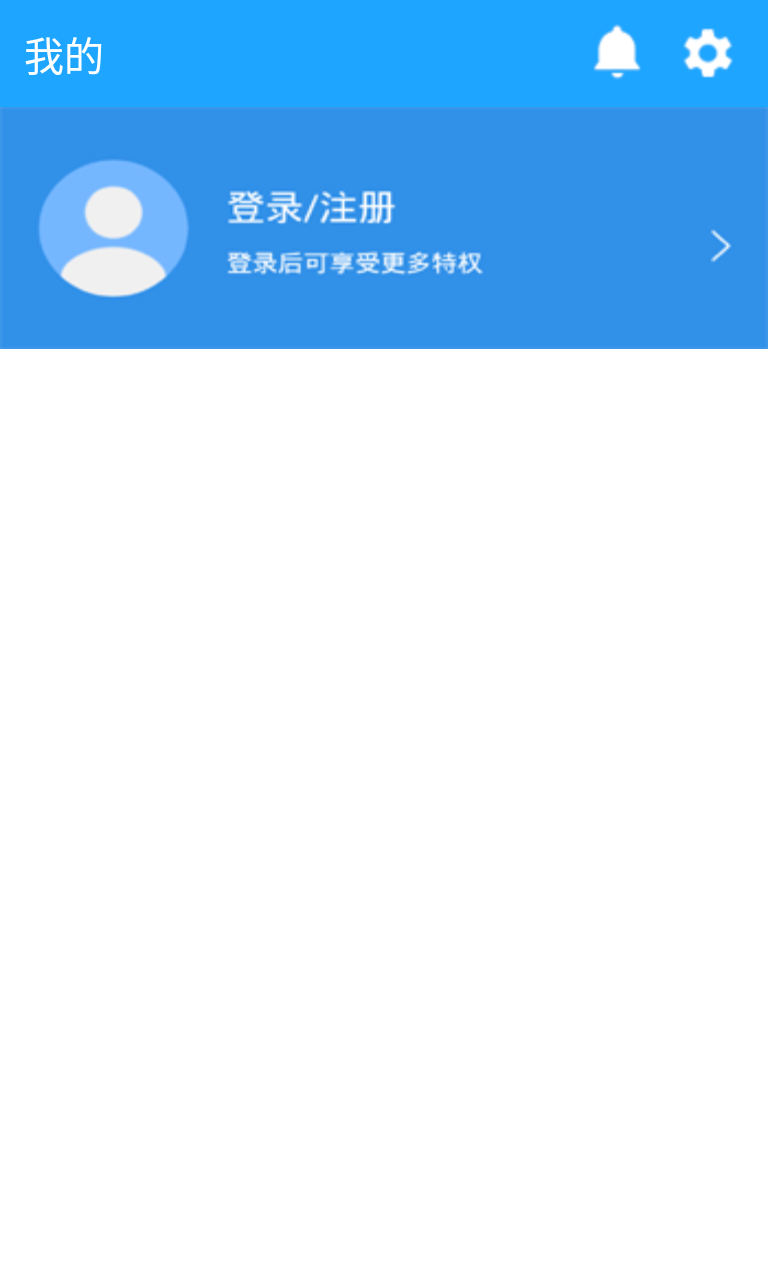
Repository: shi1hh/v
Layout: HungryTest/res/layout/fragment_wode.xml
The author's editor kept a copy of each file at every save. The layout is drawn from the files as they stood at one save, then again after the next save.
It is drawn on a 768 x 1280 px phone screen (xhdpi) without system bars, with theme android:Theme.Light.NoTitleBar; the app's code is not run.

Above is the layout before, as saved 2015-10-25 11:29:51.

### HungryTest/res/layout/fragment_wode.xml
<?xml version="1.0" encoding="utf-8"?>
<LinearLayout xmlns:android="http://schemas.android.com/apk/res/android"
    android:layout_width="match_parent"
    android:layout_height="match_parent"
    android:orientation="vertical" >


     <RelativeLayout
        android:layout_width="match_parent"
        android:layout_height="wrap_content"
        android:background="@color/blackground" >

        <TextView

            android:layout_width="wrap_content"
            android:layout_height="wrap_content"
            android:layout_alignParentLeft="true"
            android:layout_alignParentTop="true"
            android:layout_centerVertical="true"
          android:background="@color/blackground"
   style="@style/normal_text"
            android:gravity="center"
            android:text="@string/wode_title" />

        <Button
            android:id="@+id/button2"
            android:layout_width="wrap_content"
            android:layout_height="wrap_content"
            android:layout_centerVertical="true"
            android:layout_marginRight="15dp"
            android:layout_toLeftOf="@+id/button1"
            android:background="@drawable/wodetitle1" />

        <Button
            android:id="@+id/button1"
            android:layout_width="wrap_content"
            android:layout_height="wrap_content"
                        android:layout_centerVertical="true"
            android:layout_alignParentRight="true"

            android:layout_marginRight="15dp"
            android:background="@drawable/wodetitle2" />

    </RelativeLayout>

     <Button
         android:id="@+id/button3"
         android:layout_width="match_parent"
         android:layout_height="wrap_content"
         android:background="@drawable/wodeuserlogo"/>

</LinearLayout>

### HungryTest/res/values/color.xml
<?xml version="1.0" encoding="utf-8"?>
<resources>
    <color name="sum">#ffffff</color>
    <color name="balance">#00FF7F</color>
    <color name="balance_text">#ffffff</color>
    <color name="lvlft_select">#ffffff</color>
    <color name="lvlft_black">#CFCFCF</color>
    <color name="white">#ffffff</color>
    <color name="navigation_bg">#F6F6F6</color>
      <color name="blackground">#1EA5FF</color>
      <color name="text_gray">#CCCCCC</color>
      <color name="waimai_divider">#EEEEEC</color>
      <color name="normal_text">#ffffff</color>
      <color name="blackground2">#eceeee</color>
      <color name="login_button">#60C04D</color>
      <color name="divider">#EEEEEC</color>
      <color name="text_gray_2">#8F8F8F</color>
      <color name="blackground_cart_listview">#F2F2F2</color>
      <color name="black">#FFFAFA</color>
      <color name="text1">#EE2C2C</color>
      <color name="text2">#DAA520</color>
</resources>

### HungryTest/res/values/styles.xml
<resources xmlns:android="http://schemas.android.com/apk/res/android">

    <!--
        Base application theme, dependent on API level. This theme is replaced
        by AppBaseTheme from res/values-vXX/styles.xml on newer devices.





    -->
    <style name="CartActionbar" parent="@android:style/Theme.Holo.Light">

        <!--
            Theme customizations available in newer API levels can go in
            res/values-vXX/styles.xml, while customizations related to
            backward-compatibility can go here.


        -->
        <item name="android:actionBarStyle">@style/CartActionbarBlackground
</item>
<item name="android:actionBarTabTextStyle">@style/CartActionbarTabText</item>
<item name="android:actionBarTabStyle">@style/CartActionbarBackground</item>
<item name="android:textSize">20sp</item>
<item name="android:homeAsUpIndicator">@drawable/back</item>
    </style>

    <style name="CartActionbarBlackground" parent="@android:style/Widget.Holo.Light.ActionBar">
        <item name="android:background">@color/blackground</item>
           <item name="android:gravity">center_horizontal</item>
           <item name="android:titleTextStyle">@style/MyActionBarTitleText</item>

    </style>
        <style name="MyActionBarTitleText" parent="@android:style/TextAppearance.Holo.Widget.ActionBar.Title">
        <item name="android:textColor">#fff</item>
    </style>
    <style name="CartActionbarTabText" parent="@android:style/Widget.ActionBar.TabText">
        <item name="android:textColor">@drawable/selector_cart_tab</item>
        <item name="android:gravity">center_horizontal</item>
    </style>
  <style name="CartActionbarBackground" parent="@android:style/Widget.ActionBar.TabBar" >
      <item name="android:background">@drawable/selector_cart_tab_background</item>
      <item name="android:gravity">center_horizontal</item>
      <item name="android:alignmentMode" >alignBounds</item>
  </style>


  <style name="Universal" parent="@android:style/Theme.Holo.Light">
        <item name="android:actionBarStyle">@style/CartActionbarBlackground
</item>
<item name="android:textSize">20sp</item>
<item name="android:homeAsUpIndicator">@drawable/back</item>
</style>







    <!-- Application theme. -->
    <style name="AppTheme" parent="AppBaseTheme">
        <!-- All customizations that are NOT specific to a particular API-level can go here. -->
    </style>




    <style name="text">
        <item name="android:textSize">10sp</item>
        <item name="android:gravity">center_horizontal</item>
    </style>

    <style name="waimai_tb_text">
        <item name="android:textSize">13sp</item>
        <item name="android:gravity">center_horizontal</item>
    </style>

    <style name="waimai_money_text">
        <item name="android:textColor">#FF3030</item>
        <item name="android:textSize">20sp</item>
    </style>

    <style name="back">
        <item name="android:textColor">#ffffff</item>
        <item name="android:textSize">30sp</item>
        <item name="android:text">←</item>
    </style>

    <!-- 外卖页面 -->
    <style name="waimai_store_name_textsize">
        <item name="android:textSize">20sp</item>
    </style>

    <style name="normal_text">
        <item name="android:textSize">20sp</item>
        <item name="android:textColor">#ffffff</item>
        <item name="android:padding">12dp</item>
    </style>
<!-- 登录页面 -->
    <style name="login_">
        <item name="android:textSize">20sp</item>
        <item name="android:textColor">#ffffff</item>
        <item name="android:padding">10dp</item>
        <item name="android:gravity">center</item>
        <item name="android:text">登录</item>
    </style>

    <style name="forget_psw">
        <item name="android:textColor">#1EA5FF
</item>
        <item name="android:text">忘记密码?</item>
    </style>

    <style name="login_message">
        <item name="android:textColor">#1EA5FF
</item>
        <item name="android:text">短信验证码登录</item>
    </style>
<!-- 发现页面 -->
    <style name="faxian_reward_btn">
        <item name="android:textColor">#ffffff</item>
        <item name="android:background">#FF4500</item>
        <item name="android:text">抽奖</item>
        <item name="android:padding">5dp</item>
    </style>

    <!-- 购物车 -->
   <style
       name="cart_menu_right_grouptext"
       ><item name="android:textColor">#777777</item>
<item name="android:textSize">15sp</item>
<item name="android:background">#F5F5F5</item>
<item name="android:padding">5dp</item></style>

   <style
       name="cart_menu_right_item_name"
       ><item name="android:textSize">20sp</item>
       <item name="android:textColor">#333333</item>
   </style>
   <style
       name="cart_menu_right_item_note"
       ><item name="android:textSize">12sp</item>
       <item name="android:textColor">#999999</item>
   </style>
   <style name="cart_menu_right_item_price">
       <item name="android:textColor">#FF3030</item>
       <item name="android:textSize">23sp</item>

   </style>
   <style
       name="cart_menu_right_item_count"
       ><item name="android:textColor">@color/blackground</item>
       <item name="android:textSize">20sp</item>
       <item name="android:layout_marginRight">5dp</item>
   </style>
   <style
       name="cart_menu_right_item_sells"
       ><item name="android:textColor">#999999</item>
   <item name="android:textSize">12sp</item>
   <item  name="android:layout_marginLeft">5dp</item></style>
   <style name="cart_menu_left_item_name" >
       <item
           name="android:textSize"
           >15sp</item>
       <item  name="android:textColor">#666666</item>
       <item name="android:layout_marginLeft">8dp</item>
   </style>
   <style name="cart_menu_car">
       <item name="android:height">50dp</item>
       <item name="android:background">#4E4E4E</item>
       <item name="android:alpha">0.8</item>
   </style>
   <!-- 出错页面 -->
   <style name="error_button">
       <item name="android:background"  >@color/blackground</item>
       <item name="android:textSize">20sp</item>
       <item name="android:text">重新加载</item>
       <item name="android:textColor">#ffffff</item>
       <item name="android:padding">5dp</item>
   </style>

   <!-- 商家页面 -->
   <style name="seller_name">
<item name="android:gravity">center</item>
       <item name="android:textSize">20sp</item>

   </style>
   <style name="seller_span_text">
       <item name="android:textColor">@color/text_gray_2</item>
       <item name="android:textSize">15sp</item>
       <item name="android:padding">20dp</item>
   </style>
   <style name="seller_announcement">
       <item name="android:textColor">#FF7256</item>
       <item name="android:text">商家公告</item>
       <item name="android:padding">12dp</item>
   </style>
   <style name="seller_introdu_text">
       <item name="android:text">商家简介</item>
       <item name="android:textColor">#9A9A9A</item>
       <item name="android:padding">12dp</item>
   </style>
   <style name="seller_introdu_content">
       <item name="android:textColor">#333333</item>
          <item name="android:padding">12dp</item>
          <item name="android:text">叫外卖，上饿了么！</item>
   </style>
   <style name="seller_detail"><item name="android:text">商家信息</item>
            <item name="android:textColor">#9A9A9A</item>
                   <item name="android:padding">12dp</item>
   </style>
   <style name="seller_detail_content"><item name="android:textColor">#333333</item>
              <item name="android:padding">12dp</item>
   </style>

   <!-- 评价页面 -->
   <style name="evaluate_service_text">
       <item name="android:textColor">#9A9A9A</item>
                <item name="android:padding">5dp</item>
                <item name="android:text">服务态度</item>
                <item name="android:textSize">13sp</item>
   </style>
   <style name="evaluate_goods_text">
         <item name="android:textColor">#9A9A9A</item>
                <item name="android:padding">5dp</item>
                <item name="android:text">菜品评分</item>
                                <item name="android:textSize">13sp</item>
                <item name="android:gravity">center</item>
   </style>
   <style name="evaluate_goods_score">
       <item name="android:textColor">#EE2C2C</item>
              <item name="android:padding">5dp</item>
                              <item name="android:textSize">13sp</item>
               <item name="android:text">分</item>
   </style>



</resources>

### HungryTest/res/values/strings.xml
<?xml version="1.0" encoding="utf-8"?>
<resources>

    <string name="app_name">HungryTest</string>
    <string name="hello_world">Hello world!</string>
    <string name="action_settings">Settings</string>
    <string name="navigation1">外卖</string>
 <string name="navigation2">订单</string>
  <string name="navigation3">发现</string>
   <string name="navigation4">我</string>
   <string name="waimai_tb1">便利店</string>
    <string name="waimai_tb2">品牌馆</string>
     <string name="waimai_tb3">水果</string>
      <string name="waimai_tb4">鲜花蛋糕</string>
       <string name="waimai_tb5">新店特惠</string>
        <string name="waimai_tb6">夜宵</string>
         <string name="waimai_tb7">预定早餐</string>
         <string name="dingdan_text1">订单</string>
         <string name="login_reg">注册</string>
         <string name="back">←</string>
         <string name="dingdan_dingdan">订单</string>
         <string name="dingdan_breakfast">早餐订单</string>
         <string name="login_psw_hint">登录密码</string>
         <string name="login_user_hint">手机/邮箱/用户名</string>
         <string name="login_login">登录</string>
         <string name="login_wx">微信</string>
         <string name="login_qq">QQ</string>
         <string name="login_xl">微博</string>
         <string name="faxian_logo">发现</string>
         <string name="faxian_xianshihaoli">限时好礼</string>
         <string name="faxian_gengduohaoli">更多好礼  ></string>
         <string name="faxian_gengduohaoli_button">更多好礼</string>
         <string name="wode_title">我的</string>

</resources>

After the next save:
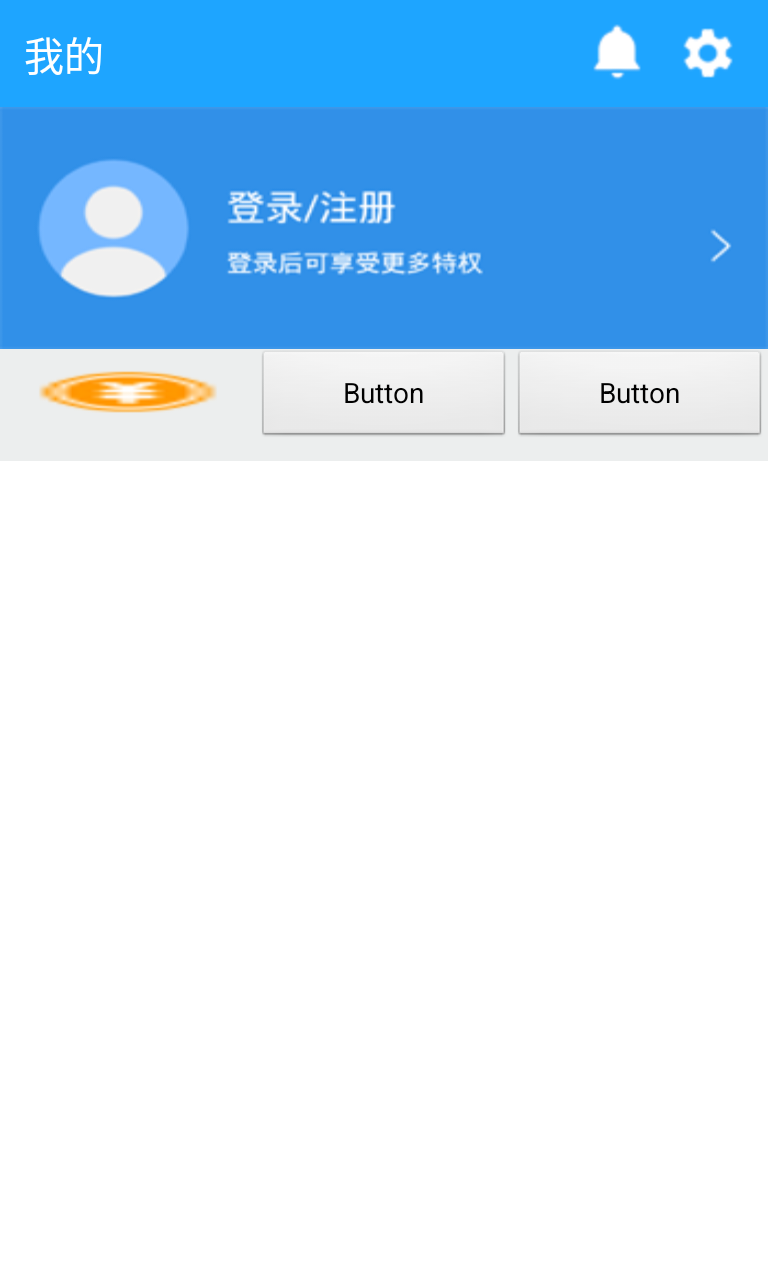
Saved 3 min 34 s later.
--- a/HungryTest/res/layout/fragment_wode.xml
+++ b/HungryTest/res/layout/fragment_wode.xml
@@ -4,21 +4,19 @@
     android:layout_height="match_parent"
     android:orientation="vertical" >
 
-
-     <RelativeLayout
+    <RelativeLayout
         android:layout_width="match_parent"
         android:layout_height="wrap_content"
         android:background="@color/blackground" >
 
         <TextView
-
+            style="@style/normal_text"
             android:layout_width="wrap_content"
             android:layout_height="wrap_content"
             android:layout_alignParentLeft="true"
             android:layout_alignParentTop="true"
             android:layout_centerVertical="true"
-          android:background="@color/blackground"
-   style="@style/normal_text"
+            android:background="@color/blackground"
             android:gravity="center"
             android:text="@string/wode_title" />
 
@@ -35,18 +33,46 @@
             android:id="@+id/button1"
             android:layout_width="wrap_content"
             android:layout_height="wrap_content"
-                        android:layout_centerVertical="true"
             android:layout_alignParentRight="true"
-
+            android:layout_centerVertical="true"
             android:layout_marginRight="15dp"
             android:background="@drawable/wodetitle2" />
+    </RelativeLayout>
+        <Button
+            android:id="@+id/button3"
+            android:layout_width="match_parent"
+            android:layout_height="wrap_content"
+            android:background="@drawable/wodeuserlogo" />
+    <LinearLayout
+        android:layout_width="match_parent"
+        android:layout_height="wrap_content"
+        android:background="@color/blackground2"
+        android:paddingBottom="8dp"
+        android:orientation="horizontal" >
 
-    </RelativeLayout>
 
-     <Button
-         android:id="@+id/button3"
-         android:layout_width="match_parent"
-         android:layout_height="wrap_content"
-         android:background="@drawable/wodeuserlogo"/>
+
+        <Button
+            android:id="@+id/button5"
+                       android:layout_weight="1"
+            android:layout_width="0dp"
+            android:layout_height="wrap_content"
+            android:background="@drawable/wodewodeyue" />
+
+        <Button
+            android:id="@+id/button4"
+                       android:layout_weight="1"
+        android:layout_width="0dp"
+            android:layout_height="wrap_content"
+            android:text="Button" />
+
+        <Button
+            android:id="@+id/button6"
+            android:layout_weight="1"
+        android:layout_width="0dp"
+            android:layout_height="wrap_content"
+            android:text="Button" />
+
+    </LinearLayout>
 
 </LinearLayout>
